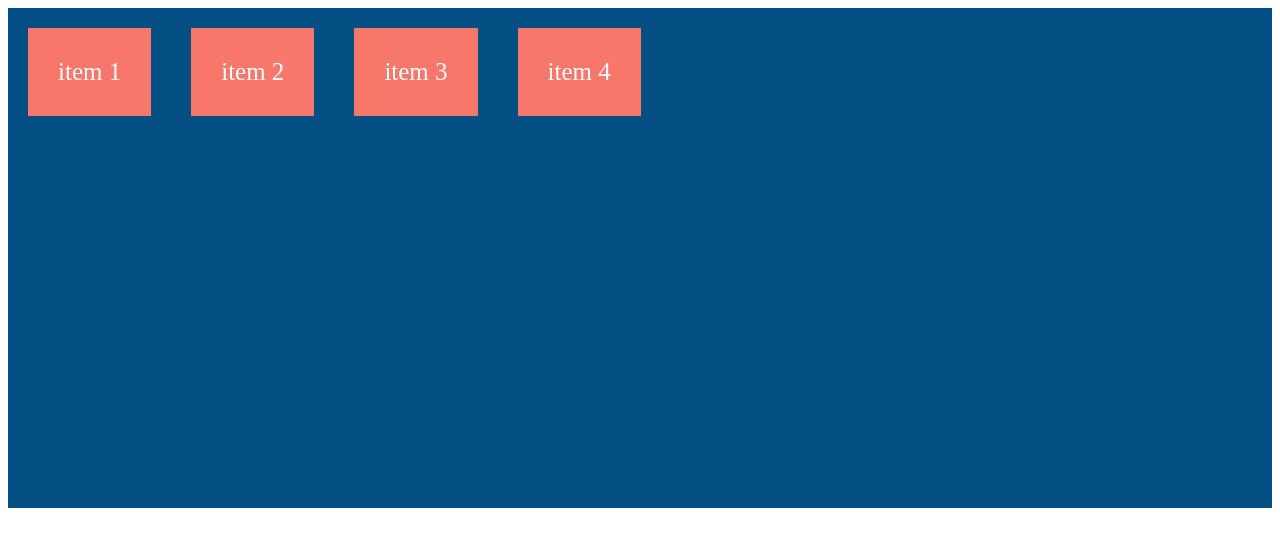
Repository: mehmetbuber38/flex
Page: flex-item-alignments.html
An editor plug-in stored every save of this project. The page is shown before and after the next save, followed by the edit.
The browser window is 1280 px wide. The pictures show the whole page.

Above is the page before, as saved 2022-01-31 20:20:30.

After the next save:
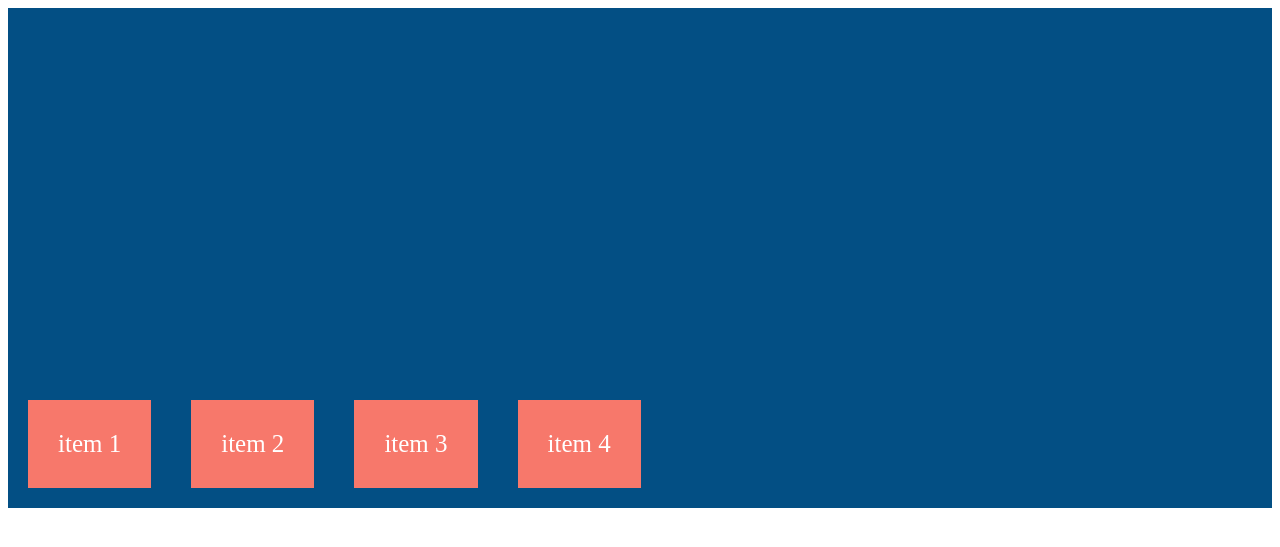
Saved 44 s later.
--- a/flex-item-alignments.html
+++ b/flex-item-alignments.html
@@ -12,7 +12,7 @@
         display: flex;
         /* flex-direction: column; */
 
-        align-items: flex-start;
+        align-items: flex-end;
 
 
 
